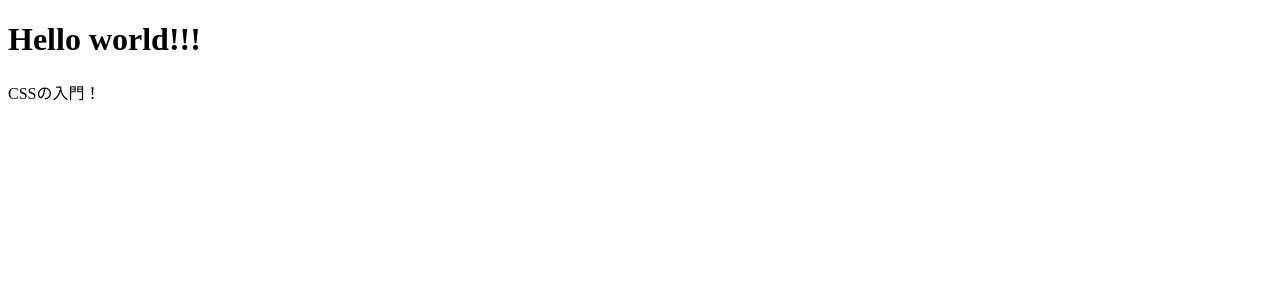
Repository: sasaya0222/test
Page: html/css_intro/index.html
The author's editor kept a record of every edit. The page is drawn from the files as they stood at one moment, then again after the next edit.
The browser window is 1280 px wide. The pictures show the whole page.

Above is the page before.

After the next edit:
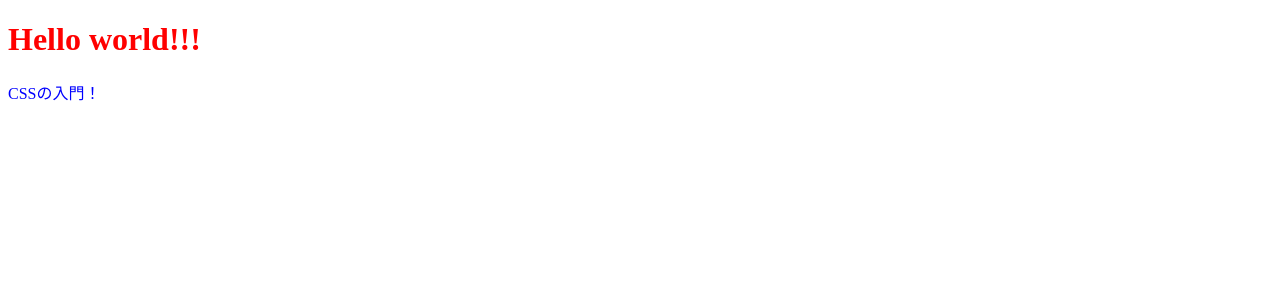
The edit:
--- a/html/css_intro/index.html
+++ b/html/css_intro/index.html
@@ -15,7 +15,7 @@
   </style>
 </head>
   <body>
-    <h1>Hello world!!!</h1>
-    <p>CSSの入門！</p>
+<h1 id="title">Hello world!!!</h1>
+<p class="description">CSSの入門！</p>
   </body>
 </html>
